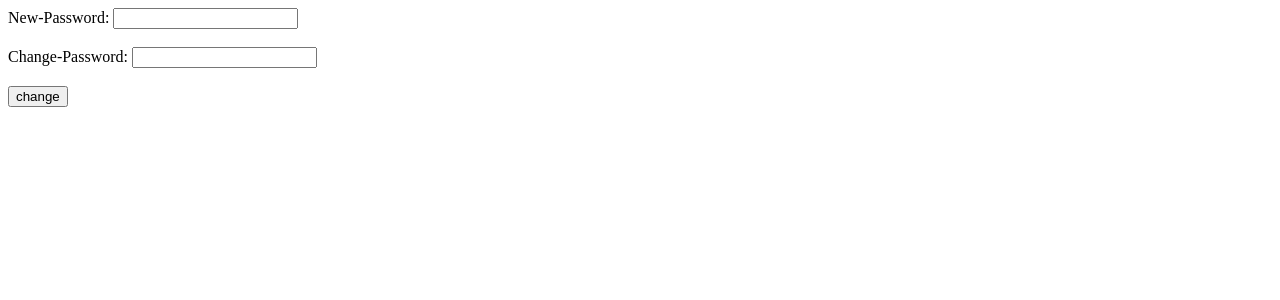
Repository: pawankumarsharm/UST_JDBC_SERVLET
Page: jdbc/empwebapp/WebContent/changepassword.html
These files come from the project's save history. The page is drawn as it stood at one moment and after the next save; the edit follows.
The browser window is 1280 px wide. The pictures show the whole page.

Above is the page before, as saved 2019-11-15 08:33:09.

After the next save:
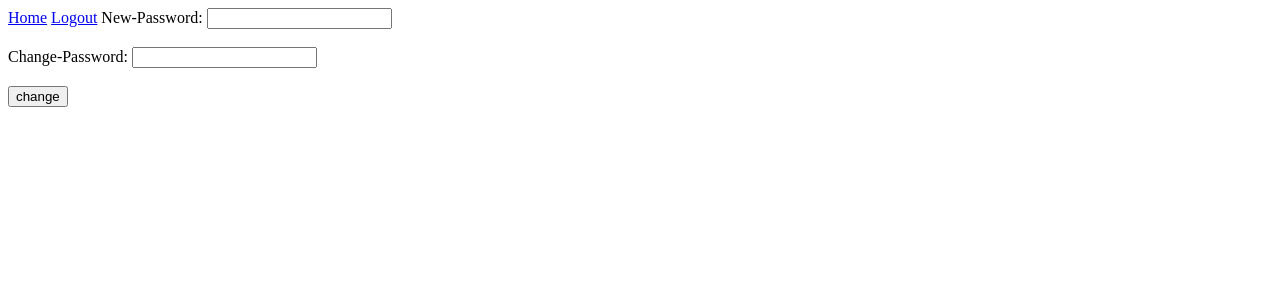
Saved 2 min 25 s later.
--- a/jdbc/empwebapp/WebContent/changepassword.html
+++ b/jdbc/empwebapp/WebContent/changepassword.html
@@ -6,6 +6,7 @@
 </head>
 <body>
 <form action="">
+		<a href="#"&nbsp>Home</a>  <a href="#"&nbsp>Logout</a>
 		New-Password: <input name="password" type="text"><br><br>
 		Change-Password: <input type="text" name="confirmpassword"><br><br>
 		<input type="submit" value ="change"><br>
